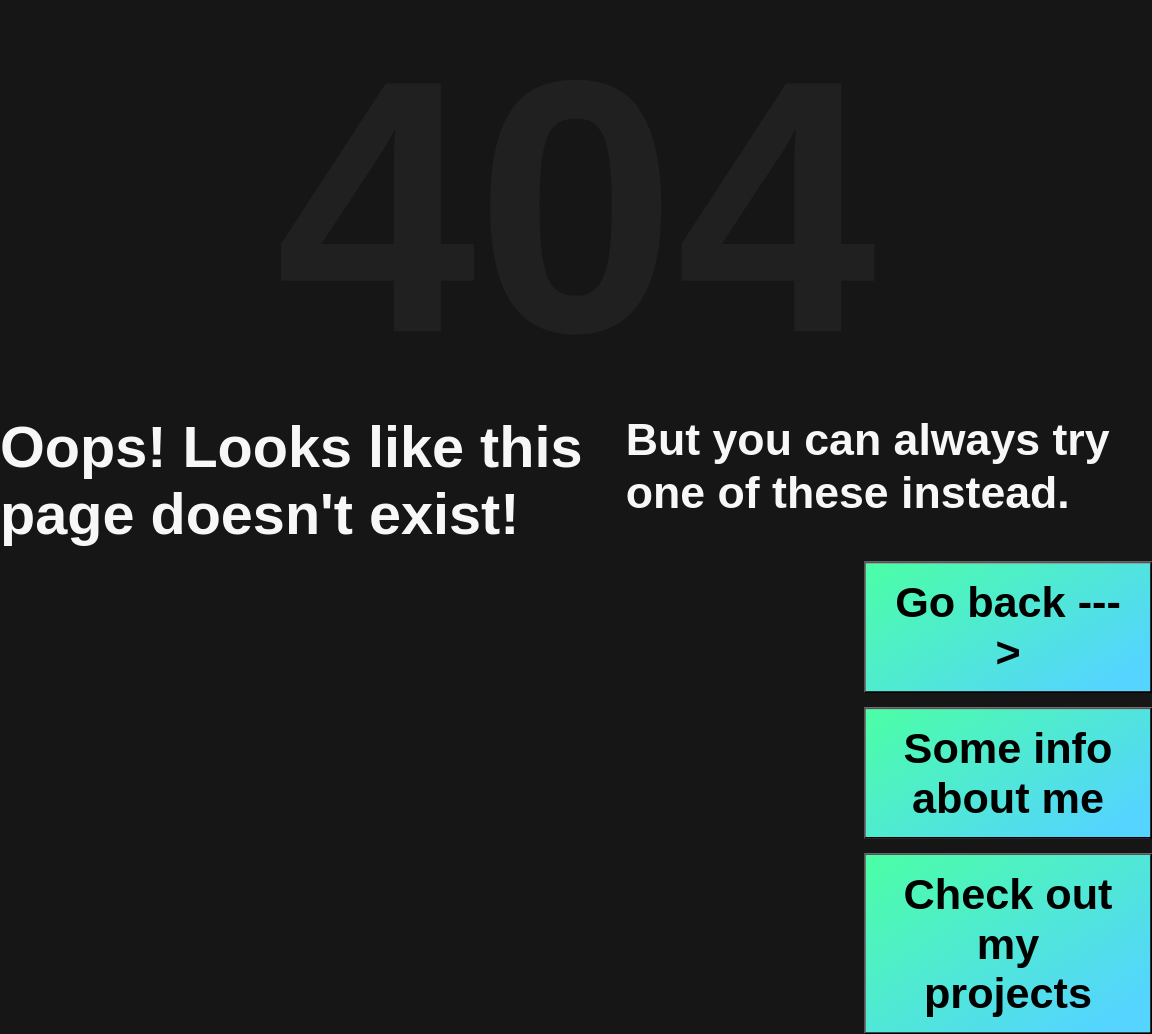
Repository: TeeJaysDev/Portfolio
Page: 404.html
These files come from the project's save history. The page is drawn as it stood at one moment and after the next save; the edit follows.
The browser window is 1280 px wide. The pictures show the whole page, at 90% of full size.

Above is the page before, as saved 2021-08-26 21:48:38.

### 404.html
<!DOCTYPE html>
<html lang="en">
<head>
    <meta charset="UTF-8">
    <meta http-equiv="X-UA-Compatible" content="IE=edge">
    <meta name="viewport" content="width=device-width, initial-scale=1.0">
    <script type="text/javascript" src="script.js"></script>
    <link rel="stylesheet" href="404.css">
    <link rel="preconnect" href="https://fonts.gstatic.com">
    <link href="https://fonts.googleapis.com/css2?family=Raleway&display=swap" rel="stylesheet">
    <title>Tymon Jędryczka | Portfolio</title>
</head>
<body>
    <section class="error">
        <h2>
            404
        </h2>
        <h1>
            Oops! Looks like this page doesn't exist!
            <span>But you can always try one of these instead.</span>
        </h1>
        <button>
            <a href="https://teejay.dev" target="_blank" rel="noopener">Go back ---></a>
        </button>
        <button>
            <a href="https://teejay.dev/#about" target="_blank" rel="noopener">Some info about me</a>
        </button>
        <button>
            <a href="https://teejay.dev/#projects" target="_blank" rel="noopener">Check out my projects</a>
        </button>
    </section>
</body>
</html>

### 404.css
* {
    margin: 0;
    padding: 0;
    box-sizing: border-box;
    font-family: sans-serif;
    text-decoration: none;
    list-style: none;
    z-index: 1;
}

body {
    background-color: #161616;
}

h1, h1 span {
    display: flex;
    font-family: Arial, Helvetica, sans-serif;
    color: #F7F7F7;
    justify-content: center;
}

h1 {
    font-size: 4rem;
    font-weight: 700;
}

h1 span {
    font-size: 3.1rem;
    font-weight: 700;
}

h2 {
    display: flex;
    justify-content: center;
    color: #202020;
    font-size: 25rem;
    z-index: 0;
}

button a {
    text-align: center;
    font-size: 3rem;
    color: #000000;
}

button {
    padding: 1rem 2rem 1rem 2rem;
    width: 20rem;
    font-weight: bold;
    text-align: center;
    margin-left: 60rem;
    margin-top: 1rem;
    background-image: linear-gradient(147deg, #4bffa5, #54d4ff 90%);
    color: #000000;
    cursor: pointer;
}

@media only screen
and (min-width: 320px)
and (max-width: 375px) {

    h1 {
        min-width: 17ch;
        text-align: right;
        margin-left: 1.5rem;
        margin-top: 4rem;
        font-size: 2rem;
    }

    h2 {
        margin-top: 7rem;
        margin-left: 0.5rem;
        font-size: 12rem;
    }

    button {
        margin-top: 5rem;
        margin-left: 0.3rem;
    }
}

@media only screen
and (min-width: 375px)
and (max-width: 425px) {

    h1 {
        min-width: 20ch;
        text-align: right;
        margin-left: 1rem;
        margin-top: 4rem;
        font-size: 2rem;
    }

    h2 {
        margin-top: 7rem;
        margin-left: 2rem;
        font-size: 12rem;
    }

    button {
        margin-top: 10rem;
        margin-left: 2rem;
    }
}

@media only screen
and (min-width: 425px)
and (max-width: 768px) {

    h1 {
        text-align: right;
        margin-left: 2rem;
        margin-top: 4rem;
        font-size: 2rem;
    }

    h2 {
        margin-top: 7rem;
        margin-left: 3rem;
        font-size: 12rem;
    }

    button {
        margin-top: 5rem;
        margin-left: 3rem;
    }
}

@media only screen
and (min-width: 768px)
and (max-width: 1024px) {

    h1 {
        text-align: right;
        margin-left: 2rem;
        margin-top: 4rem;
        font-size: 2rem;
    }

    h2 {
        margin-top: 3rem;
        margin-left: 3rem;
        font-size: 25rem;
    }

    button {
        margin-top: 3rem;
        margin-left: 15rem;
    }
}

Loaded but not shown: script.js (no stored copy; drawn as an empty file)

After the next save:
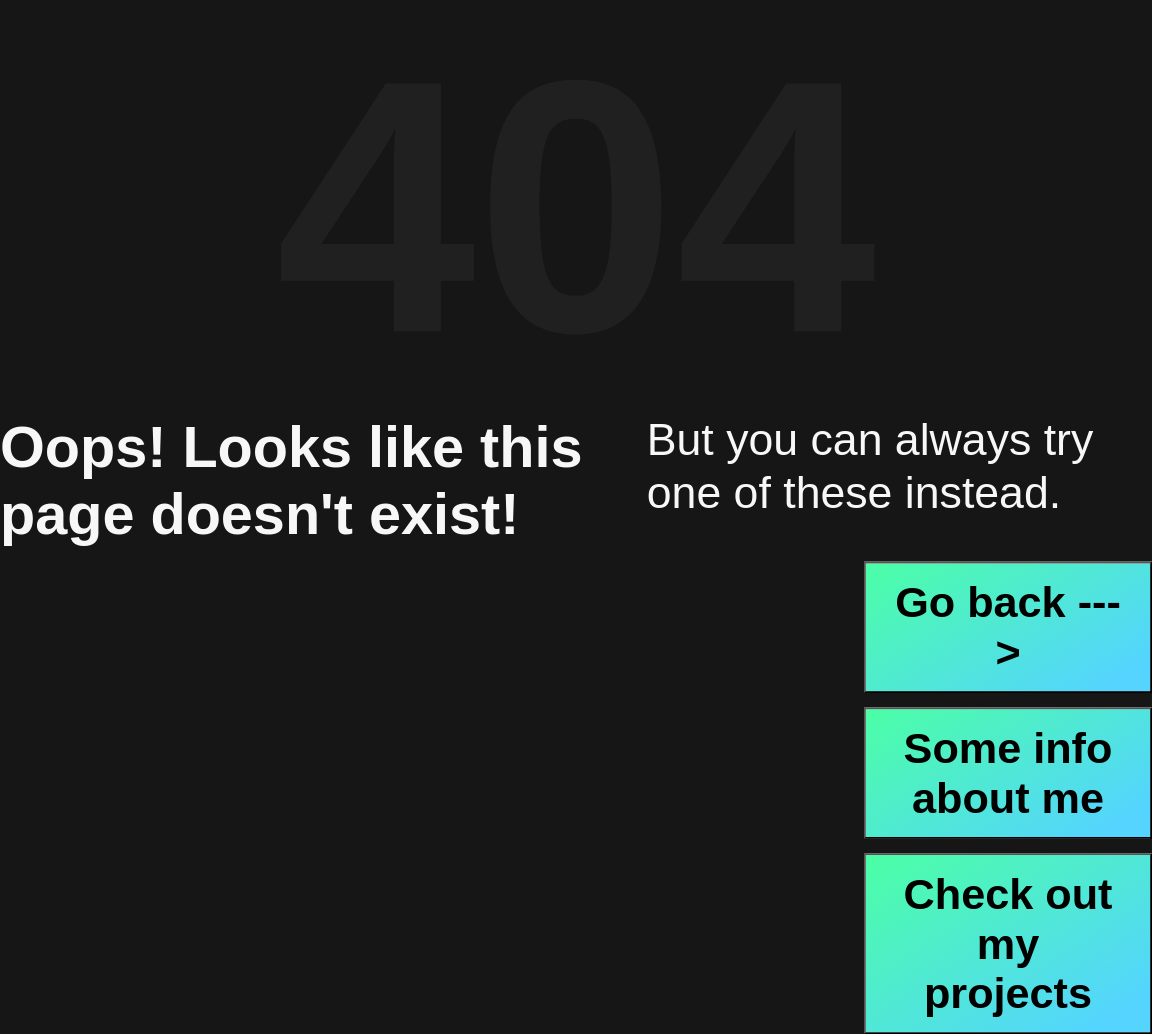
Saved 6 s later.
--- a/404.css
+++ b/404.css
@@ -26,7 +26,7 @@ h1 {
 
 h1 span {
     font-size: 3.1rem;
-    font-weight: 700;
+    font-weight: 400;
 }
 
 h2 {
